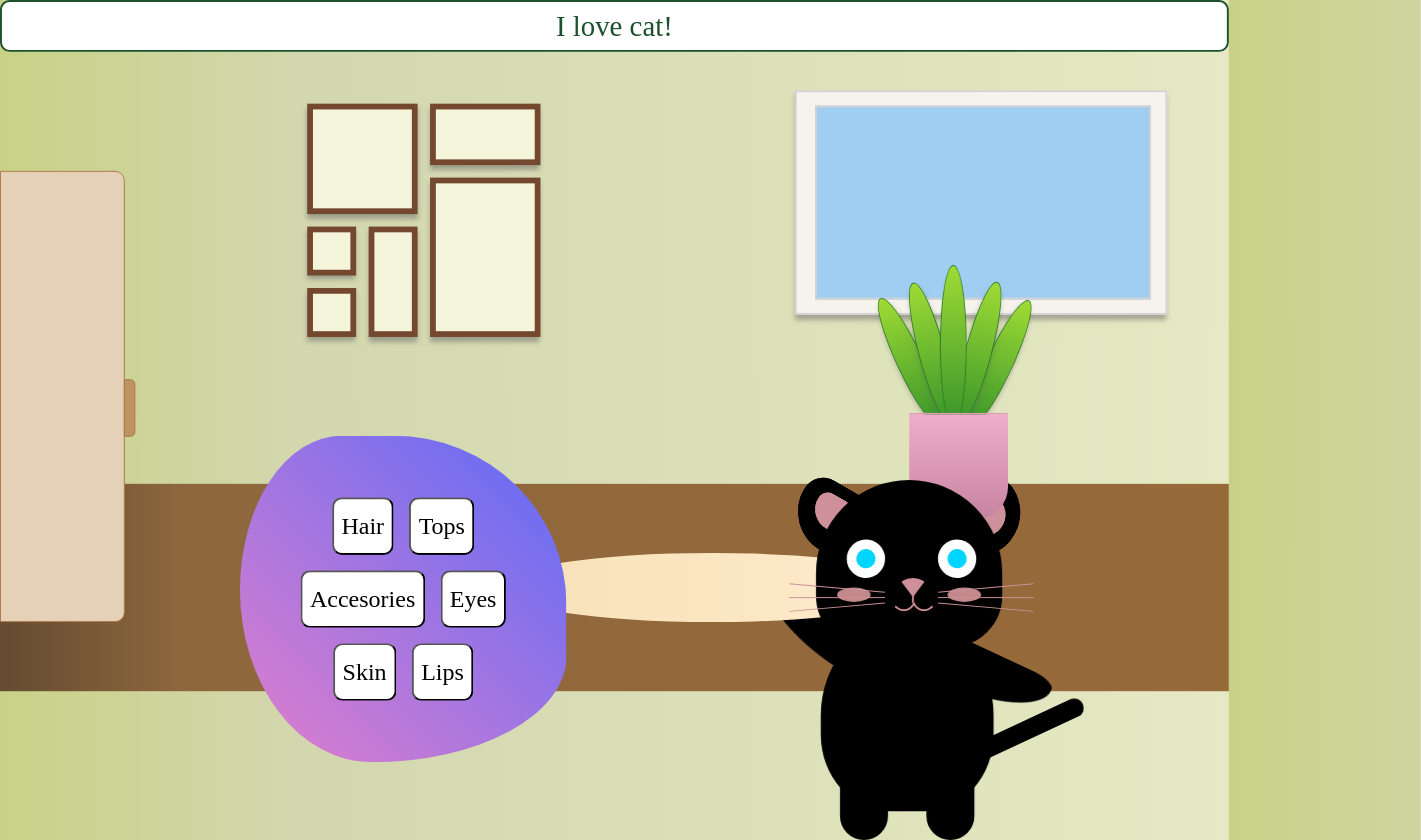
Repository: SandyLy453/COMP-2170-team-project
Page: index.html
An editor plug-in stored every save of this project. The page is shown before and after the next save, followed by the edit.
The browser window is 1280 px wide. The page is 1480 px wide, then 1330 px, so the pictures cover 1480 px, including what lies to the right of the window. The pictures show the whole page, at 96% of full size.

Above is the page before, as saved 2024-05-04 04:17:57.

After the next save:
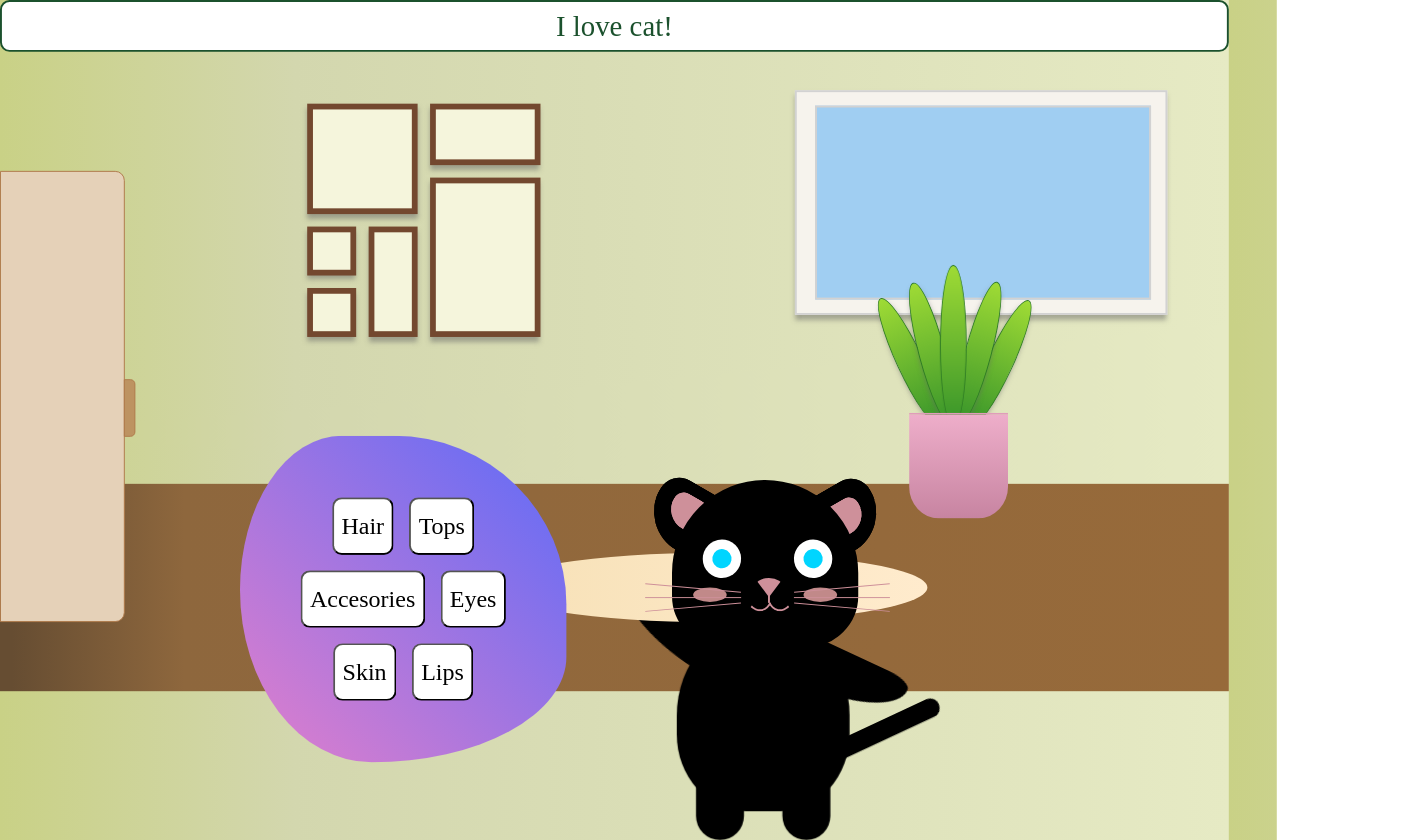
Saved 7 min 19 s later.
--- a/styles.css
+++ b/styles.css
@@ -289,7 +289,7 @@ body {
 .cat{
     position:relative;
     top:300px;
-    left:200px
+    left:50px
 }
 .cat-head {
     position: absolute;
@@ -698,5 +698,10 @@ body {
     height: 60px;
     width: fit-content;
     display:block;
-
-}
+}
+
+.b:hover,
+.b:focus {
+  box-shadow: 0 0.5em 0.5em -0.4em var(--hover);
+  transform: translateY(-0.25em);
+}
